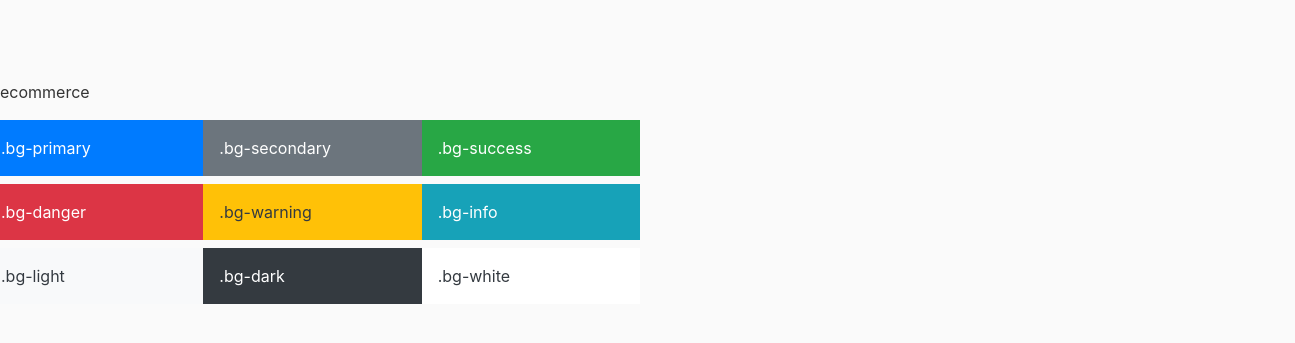
Repository: khanhdk0000/first_proj
Page: http://localhost/about?my_var=ecommerce
The author's editor kept a copy of each file at every save. The page is drawn from the files as they stood at one save, then again after the next save.
The browser window is 1280 px wide. The page is 1295 px wide, so the pictures cover 1295 px, including what lies to the right of the window. The pictures show the whole page.
Some web libraries are served in a nearby version. The page is served by the project's application, run on Flask 3 (flaskblog.py).

Above is the page before, as saved 2021-05-25 11:50:39.

### templates/about.html
{% extends "layout.html" %} {% block content %}
<div class="">
<div>
<p>{{ var}}</p>
<div class="row">
    <div class="col-2 p-3 mb-2 bg-primary text-white">.bg-primary</div>
    <div class="col-2 p-3 mb-2 bg-secondary text-white">.bg-secondary</div>
    <div class="col-2 p-3 mb-2 bg-success text-white">.bg-success</div>
</div>

<div class="row">
    <div class="col-2 p-3 mb-2 bg-danger text-white">.bg-danger</div>
    <div class="col-2 p-3 mb-2 bg-warning text-dark">.bg-warning</div>
    <div class="col-2 p-3 mb-2 bg-info text-white">.bg-info</div>
</div>

<div class="row">
    <div class="col-2 p-3 mb-2 bg-light text-dark">.bg-light</div>
    <div class="col-2 p-3 mb-2 bg-dark text-white">.bg-dark</div>
    <div class="col-2 p-3 mb-2 bg-white text-dark">.bg-white</div>
</div>
</div>
</div>

{% endblock content %}

### templates/layout.html
<!DOCTYPE html>
<html>
  <head>
    <!-- Required meta tags -->
    <meta charset="utf-8" />
    <meta
      name="viewport"
      content="width=device-width, initial-scale=1, shrink-to-fit=no"
    />

    <!-- Bootstrap CSS -->
    <link
      rel="stylesheet"
      href="https://maxcdn.bootstrapcdn.com/bootstrap/4.0.0/css/bootstrap.min.css"
      integrity="sha384-Gn5384xqQ1aoWXA+058RXPxPg6fy4IWvTNh0E263XmFcJlSAwiGgFAW/dAiS6JXm"
      crossorigin="anonymous"
    />

    <link
      rel="stylesheet"
      type="text/css"
      href="{{ url_for('static', filename='main.css') }}"
    />

    {% if title %}
    <title>Flask Blog - {{ title }}</title>
    {% else %}
    <title>Flask Blog</title>
    {% endif %}
  </head>
  <body>
    {% block content %}{% endblock %}

    <!-- Optional JavaScript -->
    <!-- jQuery first, then Popper.js, then Bootstrap JS -->
    <script
      src="https://code.jquery.com/jquery-3.2.1.slim.min.js"
      integrity="sha384-KJ3o2DKtIkvYIK3UENzmM7KCkRr/rE9/Qpg6aAZGJwFDMVNA/GpGFF93hXpG5KkN"
      crossorigin="anonymous"
    ></script>
    <script
      src="https://cdnjs.cloudflare.com/ajax/libs/popper.js/1.12.9/umd/popper.min.js"
      integrity="sha384-ApNbgh9B+Y1QKtv3Rn7W3mgPxhU9K/ScQsAP7hUibX39j7fakFPskvXusvfa0b4Q"
      crossorigin="anonymous"
    ></script>
    <script
      src="https://maxcdn.bootstrapcdn.com/bootstrap/4.0.0/js/bootstrap.min.js"
      integrity="sha384-JZR6Spejh4U02d8jOt6vLEHfe/JQGiRRSQQxSfFWpi1MquVdAyjUar5+76PVCmYl"
      crossorigin="anonymous"
    ></script>
    <!-- MDB -->
    <script
      type="text/javascript"
      src="https://cdnjs.cloudflare.com/ajax/libs/mdb-ui-kit/3.5.0/mdb.min.js"
    ></script>
  </body>
</html>

### flaskblog.py
from flask import Flask, render_template, url_for, request
app = Flask(__name__)


posts = [
    {
        'author': 'Corey Schafer',
        'title': 'Blog Post 1',
        'content': 'First post content',
        'date_posted': 'April 20, 2018'
    },
    {
        'author': 'Jane Doe',
        'title': 'Blog Post 2',
        'content': 'Second post content',
        'date_posted': 'April 21, 2018'
    }
]

@app.route('/')
@app.route('/home')
def hello_world():
    return render_template('home.html', posts=posts, title='Hey')

@app.route('/about')
def about():
    my_var = request.args.get('my_var', None)
    return render_template('about.html', posts=posts, var=my_var)

if __name__ == '__main__':
    app.run(debug=True)

### static/main.css
body {
    background: #fafafa;
    color: #333333;
    margin-top: 5rem;
    height: 100%;
  }

  h1, h2, h3, h4, h5, h6 {
    color: #444444;
  }

  .bg-steel {
    background-color: #5f788a;
  }

  .site-header .navbar-nav .nav-link {
    color: #cbd5db;
  }

  .site-header .navbar-nav .nav-link:hover {
    color: #ffffff;
  }

  .site-header .navbar-nav .nav-link.active {
    font-weight: 500;
  }

  .content-section {
    background: #ffffff;
    padding: 10px 20px;
    border: 1px solid #dddddd;
    border-radius: 3px;
    margin-bottom: 20px;
  }

  .article-title {
    color: #444444;
  }

  a.article-title:hover {
    color: #428bca;
    text-decoration: none;
  }

  .article-content {
    white-space: pre-line;
  }

  .article-img {
    height: 65px;
    width: 65px;
    margin-right: 16px;
  }

  .article-metadata {
    padding-bottom: 1px;
    margin-bottom: 4px;
    border-bottom: 1px solid #e3e3e3
  }

  .article-metadata a:hover {
    color: #333;
    text-decoration: none;
  }

  .article-svg {
    width: 25px;
    height: 25px;
    vertical-align: middle;
  }

  .account-img {
    height: 125px;
    width: 125px;
    margin-right: 20px;
    margin-bottom: 16px;
  }

  .account-heading {
    font-size: 2.5rem;
  }

  .vertical-center {
    min-height: 100%;  /* Fallback for browsers do NOT support vh unit */
    min-height: 100vh; /* These two lines are counted as one :-)       */

    justify-content:center;
    display: flex;
    align-items: center;
  }

  .flex-center {
    display: flex;
    justify-content: center;
    /* min-height: 100%; */
    /* min-width: 100%; */
  }

After the next save:
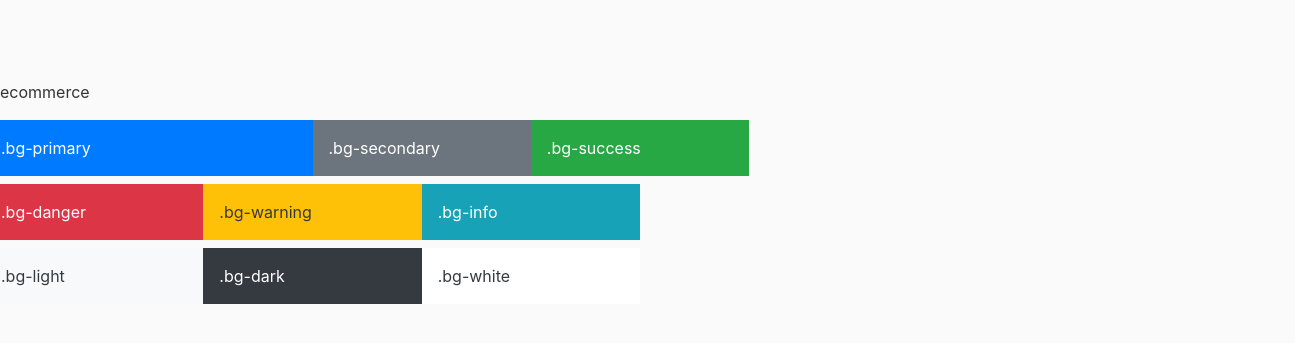
Saved 13 s later.
--- a/templates/about.html
+++ b/templates/about.html
@@ -3,7 +3,7 @@
 <div>
 <p>{{ var}}</p>
 <div class="row">
-    <div class="col-2 p-3 mb-2 bg-primary text-white">.bg-primary</div>
+    <div class="col-3 p-3 mb-2 bg-primary text-white">.bg-primary</div>
     <div class="col-2 p-3 mb-2 bg-secondary text-white">.bg-secondary</div>
     <div class="col-2 p-3 mb-2 bg-success text-white">.bg-success</div>
 </div>

After the save that followed:
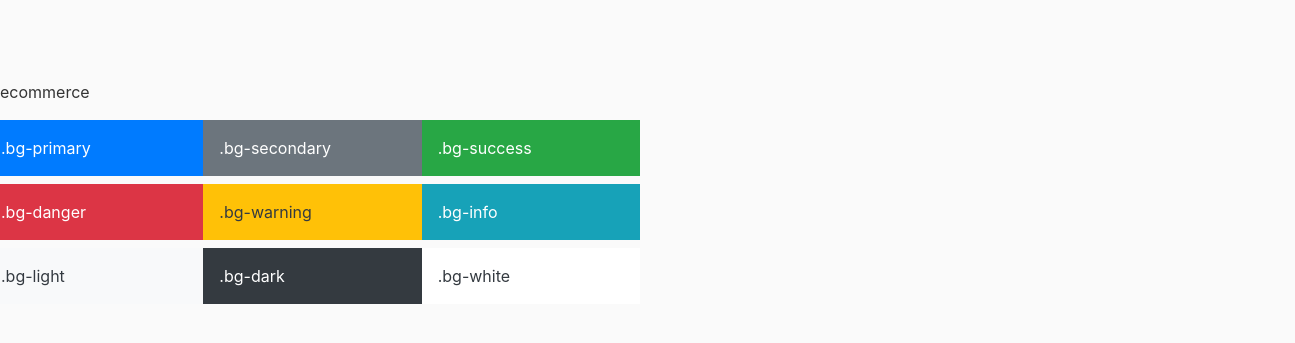
Saved 7 s later.
--- a/templates/about.html
+++ b/templates/about.html
@@ -3,7 +3,7 @@
 <div>
 <p>{{ var}}</p>
 <div class="row">
-    <div class="col-3 p-3 mb-2 bg-primary text-white">.bg-primary</div>
+    <div class="col-2 p-3 mb-2 bg-primary text-white">.bg-primary</div>
     <div class="col-2 p-3 mb-2 bg-secondary text-white">.bg-secondary</div>
     <div class="col-2 p-3 mb-2 bg-success text-white">.bg-success</div>
 </div>
